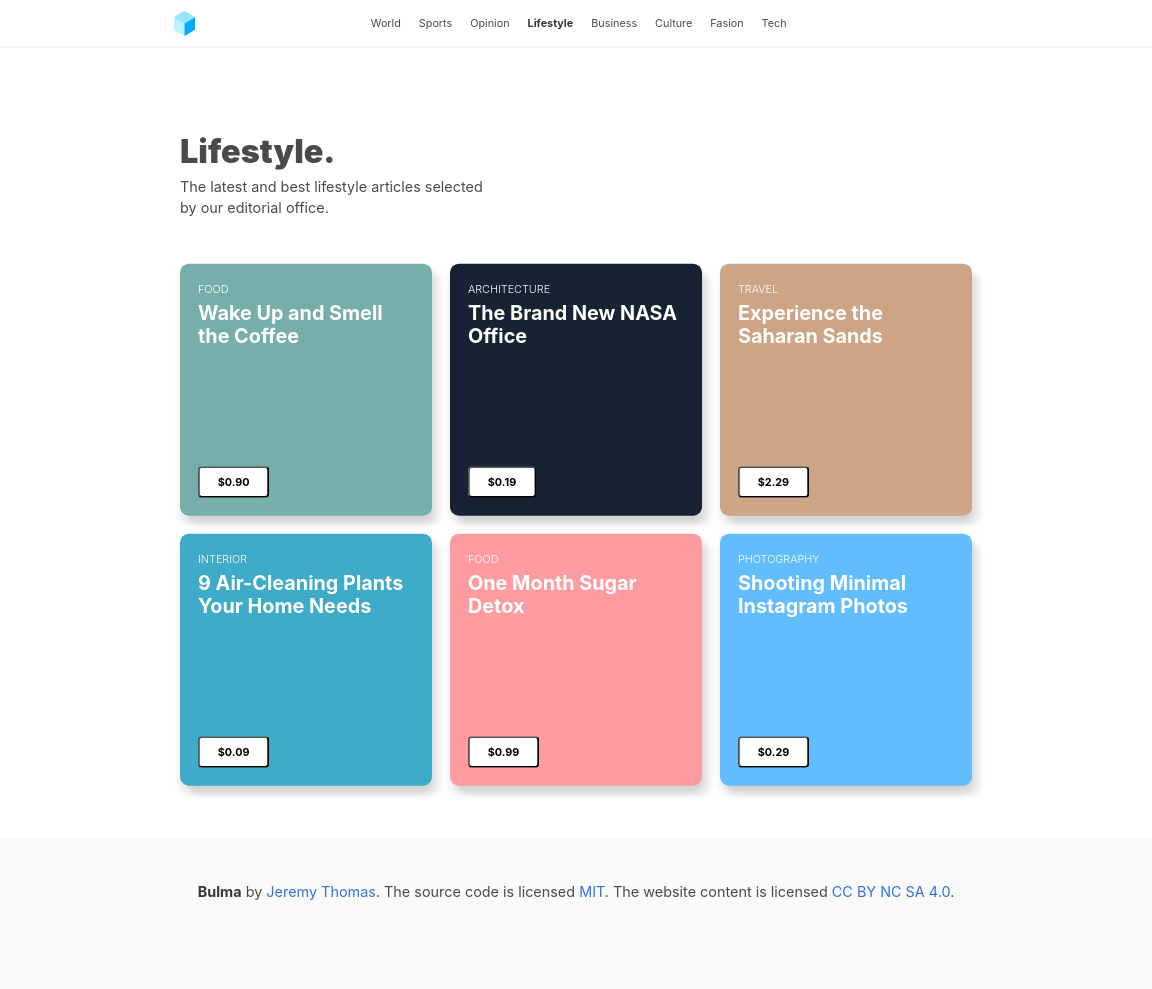
Repository: DOODpls/js_ass1
Page: index.html
An editor plug-in stored every save of this project. The page is shown before and after the next save, followed by the edit.
The browser window is 1280 px wide. The pictures show the whole page, at 90% of full size.

Above is the page before, as saved 2019-11-22 18:56:51.

After the next save:
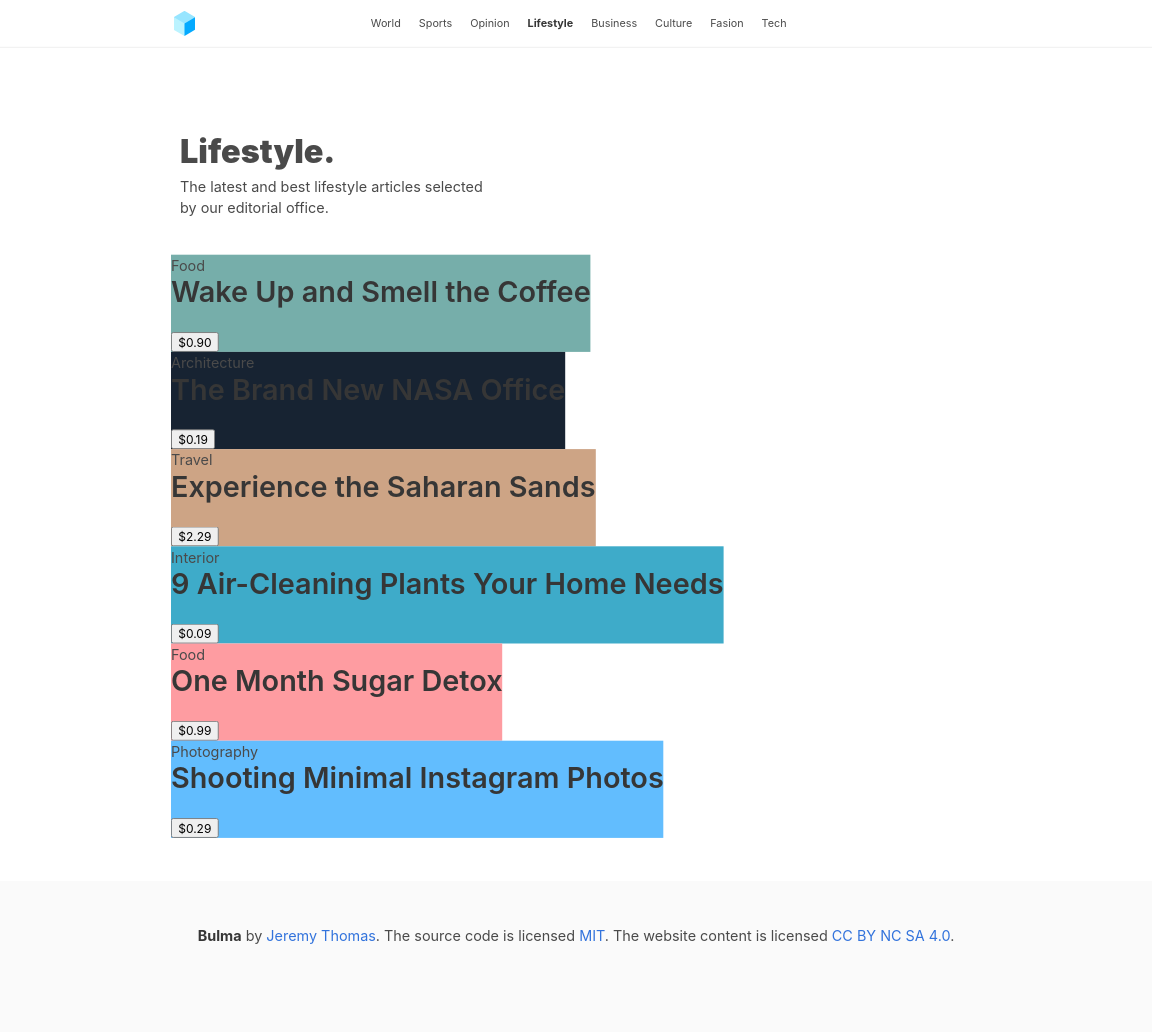
Saved 28 s later.
--- a/app.js
+++ b/app.js
@@ -99,7 +99,6 @@
     {
         const tilers = document.querySelector('#content')
         const divr = document.createElement('div')
-        divr.className= 'card'
         divr.style.backgroundColor = item.color
         tilers.appendChild(divr)
 

After the save that followed:
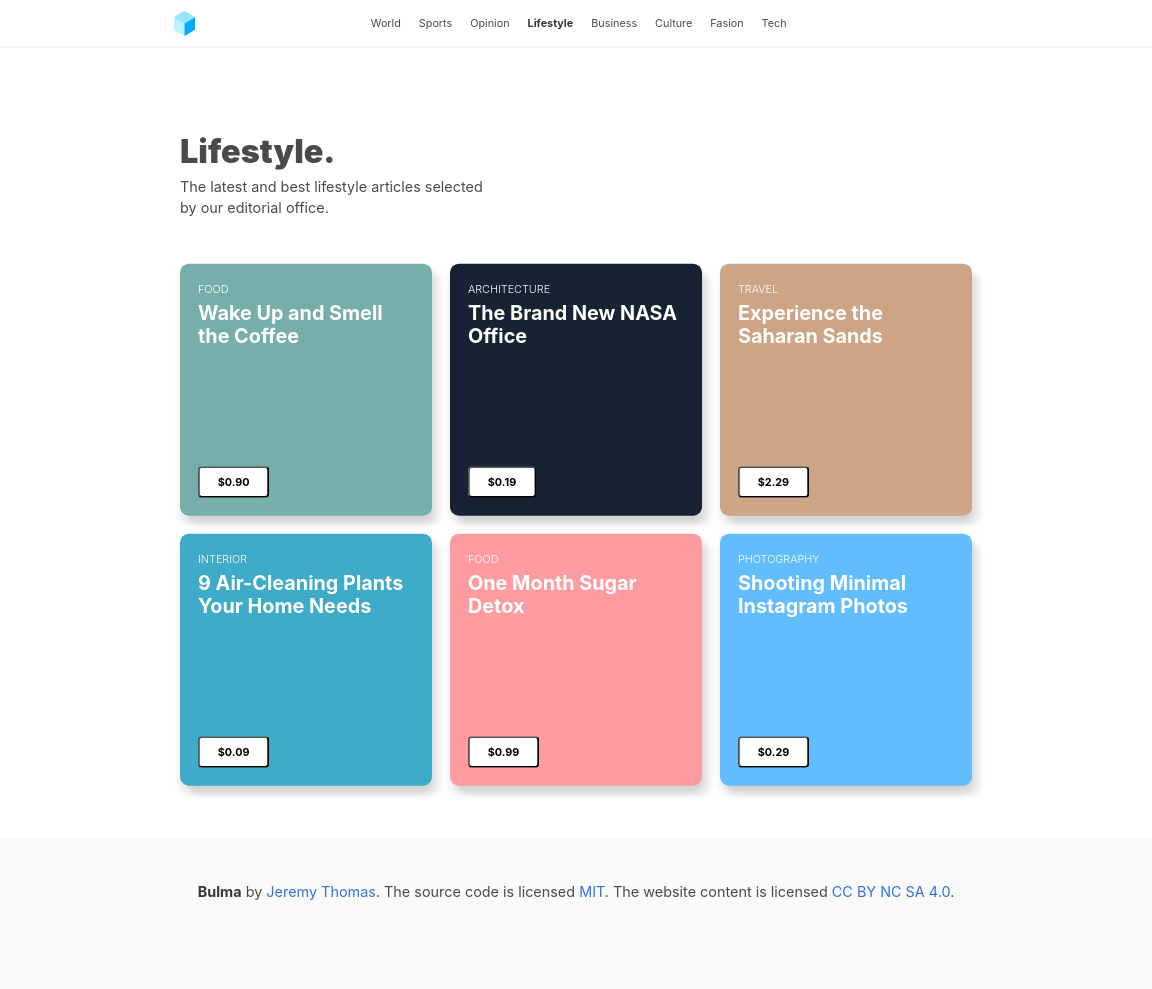
Saved 4 s later.
--- a/app.js
+++ b/app.js
@@ -99,6 +99,7 @@
     {
         const tilers = document.querySelector('#content')
         const divr = document.createElement('div')
+        divr.className= 'card'
         divr.style.backgroundColor = item.color
         tilers.appendChild(divr)
 
